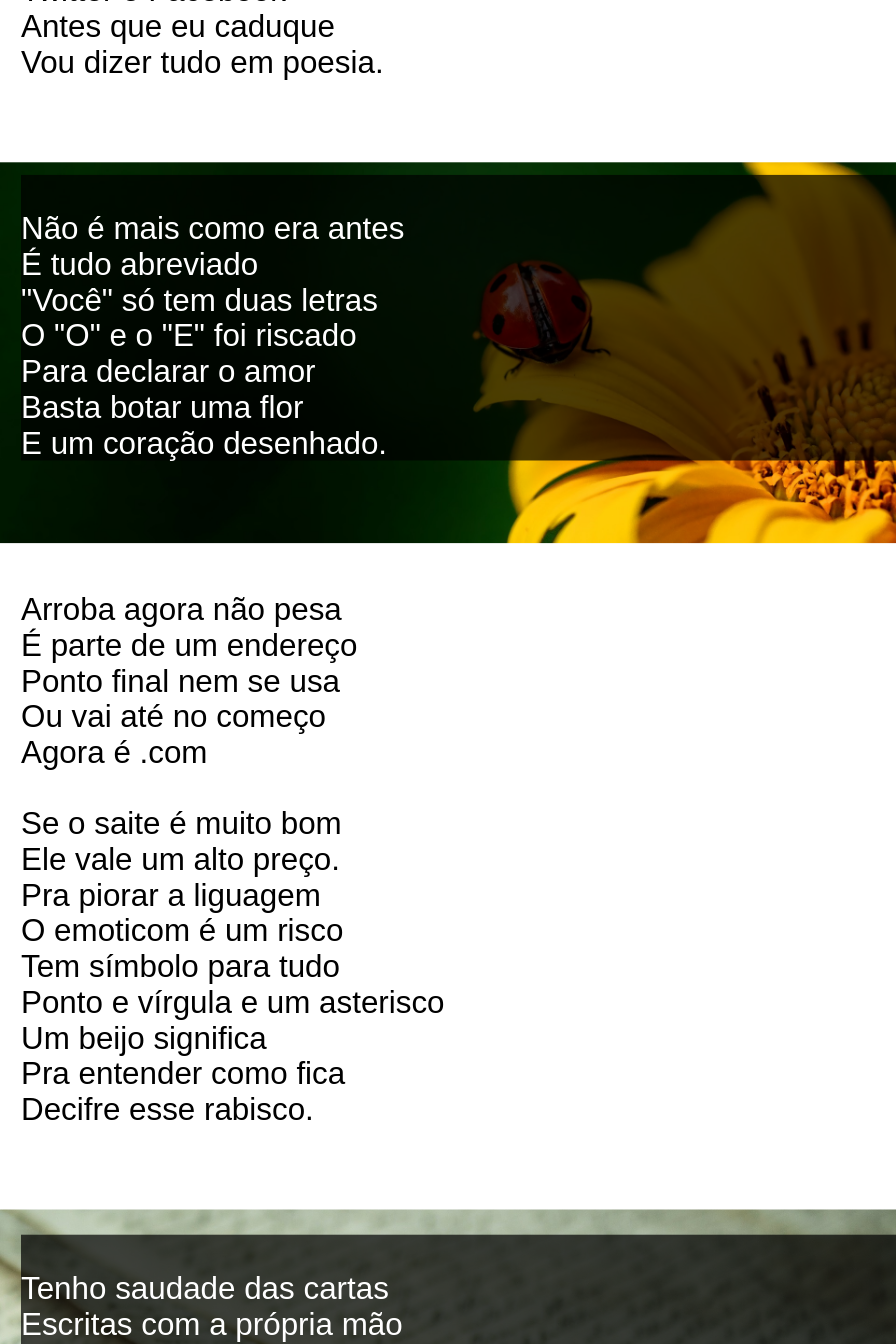
Repository: jorgprado/curso-html-css-Guanabara
Page: exec-pag-cordel/index.html
The author's editor kept a copy of each file at every save. The page is drawn from the files as they stood at one save, then again after the next save.
The browser window is 1280 px wide. The pictures show the part of the page from y = 577 to 2497 px (the page is 3837 px tall), at 70% of full size.
Backgrounds fixed to the window are drawn as part of the page. Some web fonts or font styles are not loaded; a fallback is used.

Above is the page before, as saved 2023-05-18 16:55:53.

### exec-pag-cordel/index.html
<!DOCTYPE html>
<html lang="pt-br">
<head>
    <meta charset="UTF-8">
    <meta http-equiv="X-UA-Compatible" content="IE=edge">
    <meta name="viewport" content="width=device-width, initial-scale=1.0">
    <link rel="stylesheet" href="estilos/style.css">
    <title>Cordel Moderno</title>
</head>
<body>
    <header>
        <h1>Cordel Moderno</h1>
        <p>Por <a href="https://www.recantodasletras.com.br/poesias/3186743" target="_blank">Milton Duarte</a></p>
    </header>
    <main>
        <article>

            <div class="box">
                <p>
                    Estou ficando cansado
                    Da tal tecnologia
                    Só se fala por e-mail
                    Mensagem curta e fria
                    Twitter e Facebook
                    Antes que eu caduque
                    Vou dizer tudo em poesia.
                </p>
            </div>

            <div class="box box-img">
                <p class="bg">
                    Não é mais como era antes
                    É tudo abreviado
                    "Você" só tem duas letras
                    O "O" e o "E" foi riscado
                    Para declarar o amor
                    Basta botar uma flor
                    E um coração desenhado.
                </p>
            </div>

            <div class="box">
                <p>
                    Arroba agora não pesa
                    É parte de um endereço
                    Ponto final nem se usa
                    Ou vai até no começo
                    Agora é .com

                    Se o saite é muito bom
                    Ele vale um alto preço.
                    Pra piorar a liguagem
                    O emoticom é um risco
                    Tem símbolo para tudo
                    Ponto e vírgula e um asterisco
                    Um beijo significa
                    Pra entender como fica
                    Decifre esse rabisco.
                </p>
            </div>

            <div class="box box-img1">

                    <p class="bg">
                        Tenho saudade das cartas
                        Escritas com a própria mão
                        Mandava no mês de Junho
                        Só chegava no Verão
                        Mas matava a saudade
                        Era texto de verdade
                        Nas linhas do coração.
                    </p>

            </div>

            <div class="box">
                <p>
                    Agora, escrevo e envio
                    Chegando na mesma hora
                    Mas quando vou prosear
                    A pessoa foi embora
                    Abriu outro aplicativo
                    O mundo ficou cativo
                    Da tecnologia do agora.

                    Felizmente, pra orar
                    Não precisa de internet
                    Deus escuta todo mundo
                    Se quiser, faça esse teste
                    Dois pontos são dois joelhos
                    Seus lábios são aparelhos
                    Deixe que Deus interprete.
                </p>
            </div>
        </article>
    </main>

</body>
</html>

### exec-pag-cordel/estilos/style.css
@import url('https://fonts.googleapis.com/css2?family=Passion+One:wght@700&family=Sriracha&display=swap');

*{
    padding: 0;
    margin: 0;
    font-size: 1em;
}

a{
    text-decoration: none;
    color: white;
    font-weight: bolder;
}



header{
    color: white;
    background-color: black;
    text-align: center;

}

header h1{
    padding-top: 50px;
    color: white;
    font-family: 'Passion One', sans-serif;
    font-variant: small-caps;
    font-size: 10vw;
}


header p{
    color:white;
    font-family: sans-serif;
    padding-bottom: 50px;
}


main article .box{
    white-space: pre-line;
    padding-left: 30px;
    padding-bottom:100px;

}

main article .box p{
    font-family: 'Sriracha', sans-serif;
    font-size: 3.5vw;

}

main article .box-img{
    background-image: url(../imagens/background001.jpg);
    background-attachment: fixed;
    background-position: center right;
    background-size: cover;
}

main article .box-img1{
    background-image: url(../imagens/background002.jpg);
    background-attachment: fixed;
    background-position: center right;
    background-size: cover;
}

main article .bg{
    background-color:rgba(0, 0, 0, .7);
    color: white;
    width: ;
}

After the next save:
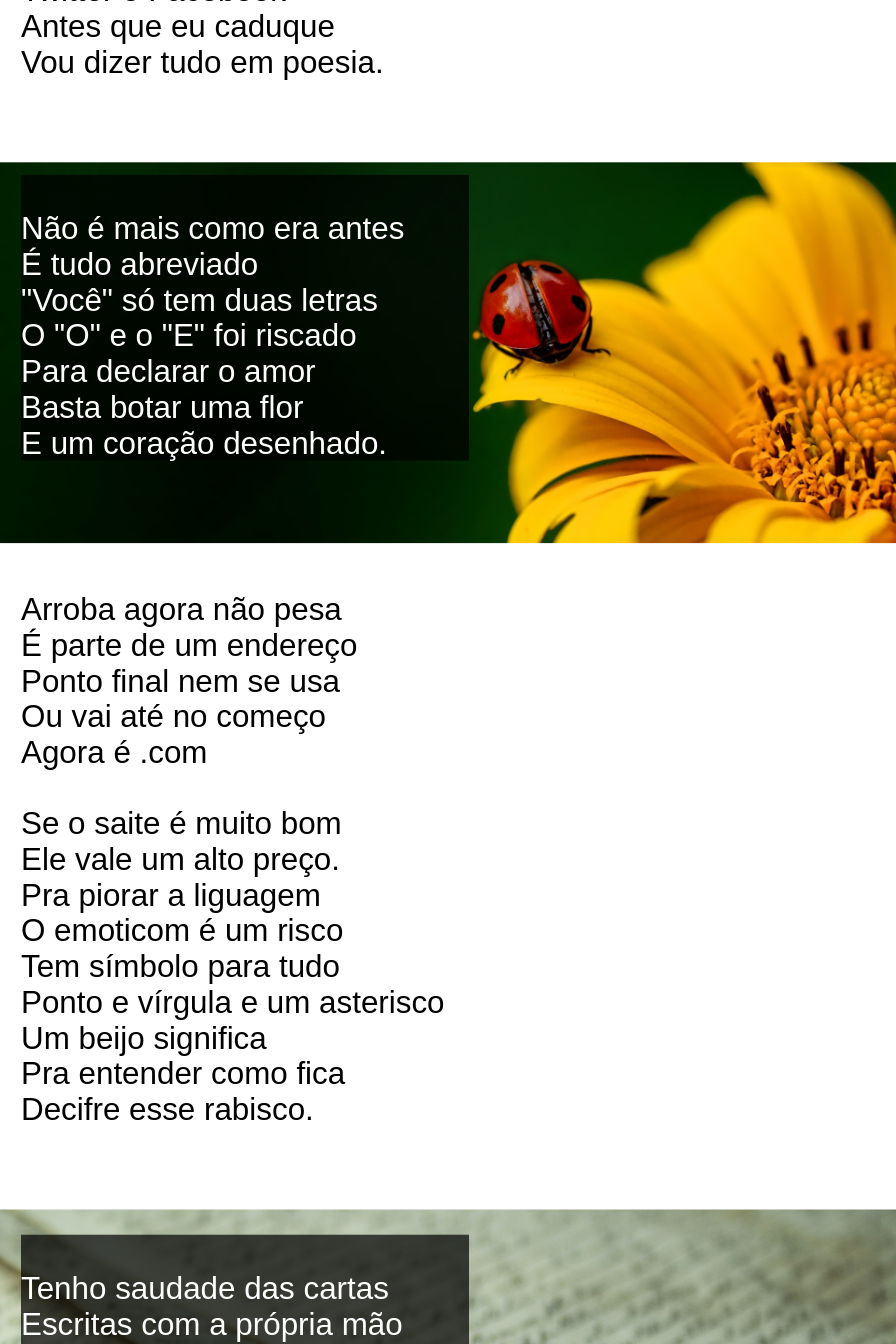
Saved 10 s later.
--- a/exec-pag-cordel/estilos/style.css
+++ b/exec-pag-cordel/estilos/style.css
@@ -67,5 +67,5 @@ main article .box-img1{
 main article .bg{
     background-color:rgba(0, 0, 0, .7);
     color: white;
-    width: ;
+    width: 50vw;
 }
